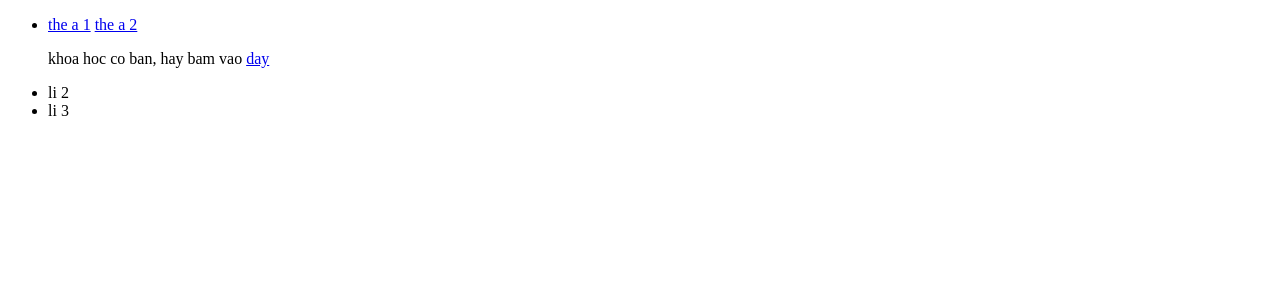
Repository: quocanh1010/quocanh1010.github.io
Page: Front End bai 1 2/index.html
The author's editor kept a copy of each file at every save. The page is drawn from the files as they stood at one save, then again after the next save.
The browser window is 1280 px wide. The pictures show the whole page.

Above is the page before, as saved 2021-04-16 20:45:18.

### Front End bai 1 2/index.html
<!DOCTYPE html>
<html lang="en">

<head>
    <meta charset="UTF-8">
    <meta http-equiv="X-UA-Compatible" content="IE=edge">
    <meta name="viewport" content="width=device-width, initial-scale=1.0">
    <title>Techmaster</title>


    <style>
        h1 {
            color:red;
            background: rgb(38, 95, 117);
        }

        .font-other {
            font-weight: 400;
        }
        p#classic-color {
            color: blue!important;
        }
        #classic-color {
            color: violet;
        }
        .mau-vang {
            font-weight: 800;
            color: yellow;
        }
        p.mau-vang {

        }
        div p.mau-vang {

        }
        li + a {
            color: red;
        }
    </style>

</head>

<body>

    <ul>
        <li>
            <a href="https://www.google.com.vn/">the a 1</a>
            <a href="https://www.google.com.vn/">the a 2</a>
            <p>
                khoa hoc co ban, hay bam vao <a href="https://www.google.com.vn/"> day </a>
            </p>
        </li>
        <li>
            li 2
        </li>
        <li>
            li 3
        </li>

    </ul>

</body>

</html>

After the next save:
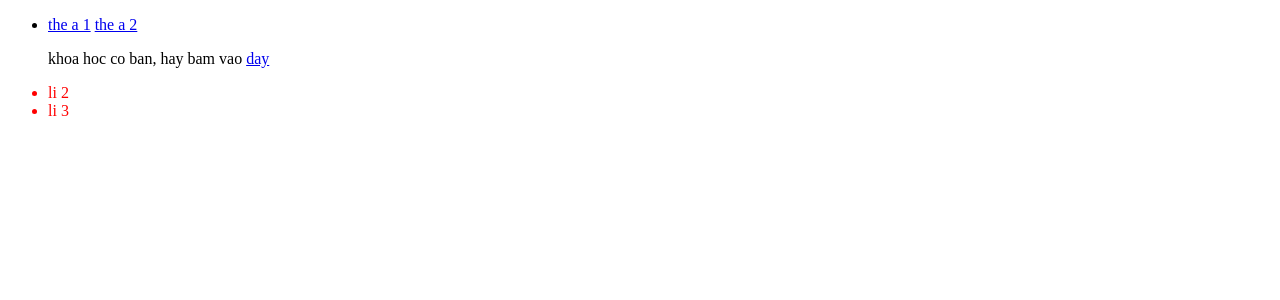
Saved 15 s later.
--- a/Front End bai 1 2/index.html
+++ b/Front End bai 1 2/index.html
@@ -33,7 +33,7 @@
         div p.mau-vang {
 
         }
-        li + a {
+        li + li {
             color: red;
         }
     </style>

After the save that followed:
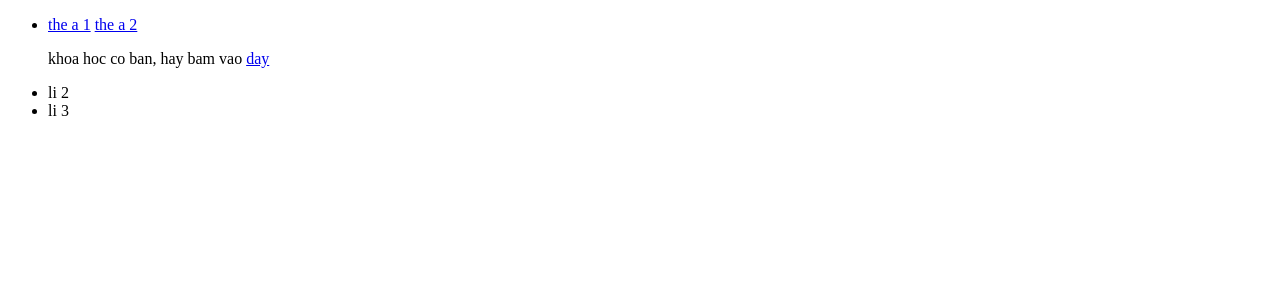
Saved 119 s later.
--- a/Front End bai 1 2/index.html
+++ b/Front End bai 1 2/index.html
@@ -33,7 +33,7 @@
         div p.mau-vang {
 
         }
-        li + li {
+        li + a {
             color: red;
         }
     </style>
